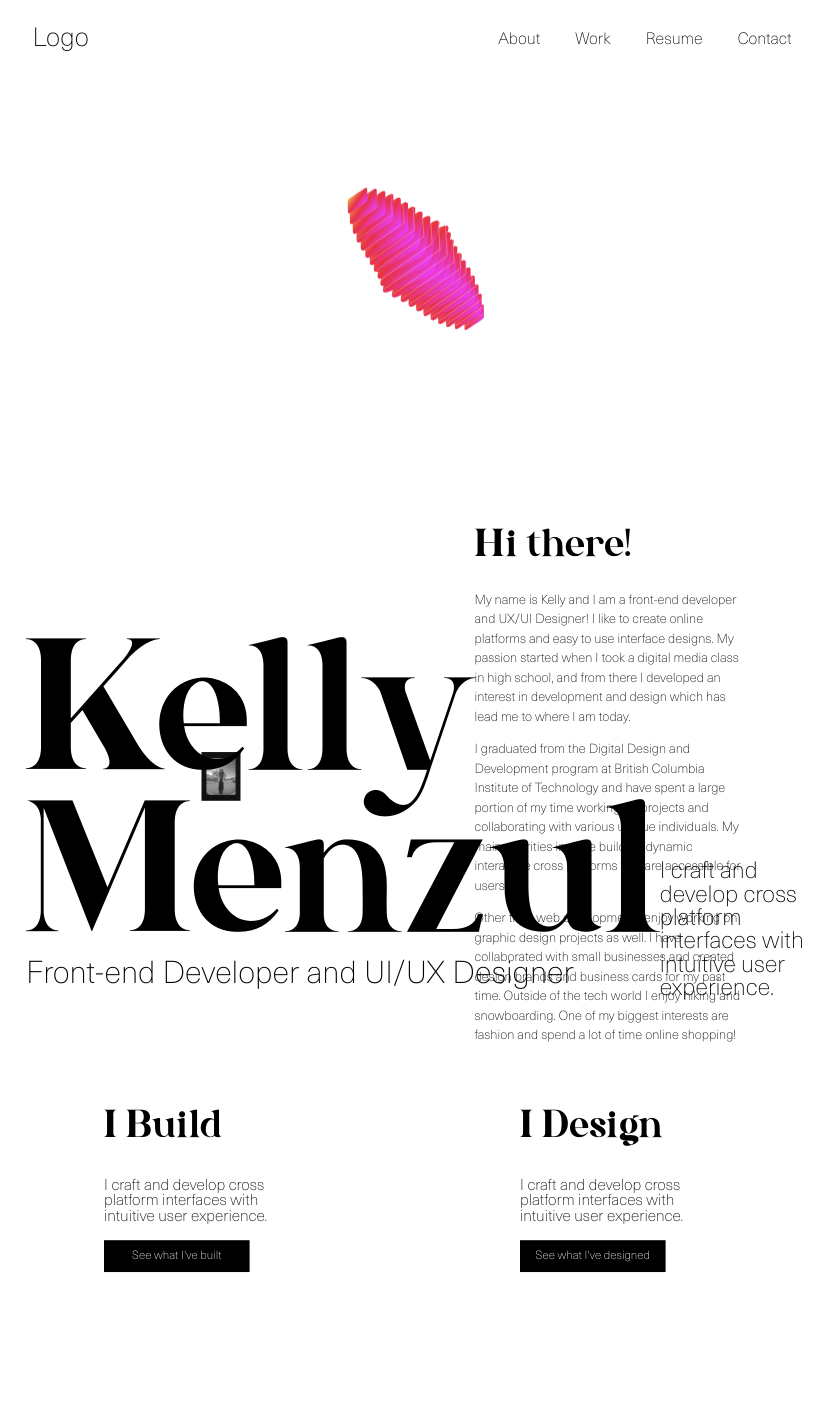
Repository: KellyMenzul/Kelly-Menzul
Page: /
An editor plug-in stored every save of this project. The page is shown before and after a run of saves, followed by the edit.
The browser window is 1280 px wide. The pictures show the whole page, at 65% of full size.
The project was rebuilt for these pictures with package versions that can differ from the ones it lists, and the page was loaded fresh each time. The framework's server and built-in components were replaced by stand-ins that run in the browser. Also part of the build but not shown: next.config.js.

Above is the page before, as saved 2022-01-20 15:05:49.

### pages/_document.js
import Document from 'next/document';
import { ServerStyleSheet } from 'styled-components';

export default class MyDocument extends Document {
 static async getInitialProps(ctx) {
   const sheet = new ServerStyleSheet();
   const originalRenderPage = ctx.renderPage;

   try {
     ctx.renderPage = () =>
       originalRenderPage({
         enhanceApp: (App) => (props) =>
           sheet.collectStyles(<App {...props} />),
       });

     const initialProps = await Document.getInitialProps(ctx);
     return {
       ...initialProps,
       styles: (
         <>
           {initialProps.styles}
           {sheet.getStyleElement()}
         </>
       ),
     };
   } finally {
     sheet.seal();
   }
 }
}

### pages/index.js
import Image from 'next/image'
import styled from 'styled-components'
import MenuBar from '../comps/MenuBar'
import Name from '../comps/Name'
import Position from '../comps/Position'
import Intro from '../comps/Intro'
import Head from '../comps/Head'
import Work from '../comps/Work'
import { useState, useEffect } from "react";
import Load from '../comps/Load'


const Holder = styled.div`
display:flex;
flex-direction:column;
width:100%;
flex-wrap:wrap;
`
const MenuHolder = styled.div`
display:flex;
flex-direction:column;
width:100%;
position:fixed;
`
const LandingHolder = styled.div`
display:flex;
position:relative;
width:100%;
height:100vh;
padding:40px;
flex-wrap:wrap;
`
const LandingHolderLeft = styled.div`
display:flex;
width:100%;
flex:2;
flex-direction:column;
justify-content:flex-end;
`

const LandingHolderRight = styled.div`
display:flex;
flex:1;
align-items:flex-end;
justify-content:flex-end;
`

const NameHolder = styled.div``

const IntroHolder = styled.div`
display:flex;
`
// About

const AboutHolder = styled.div`
display:flex;
flex-direction:row;
width:100%;
height:100vh;
padding:40px;
flex-wrap:wrap;
`

const  AboutHolderLeft = styled.div`
flex:1;
display:flex;
flex-direction:column;
justify-content:center;
align-items:center;
`

const  AboutHolderRight = styled.div`
display:flex;
flex-direction:column;
align-items:center;
justify-content:center;
flex:1;
`
const AboutMeHolder = styled.div`
display:flex;
flex-direction:column;
width:70%;
`

// work

const WorkHolder = styled.div `
display:flex;
flex-direction:row;
width:100%;
height:100vh;
flex-wrap:wrap;
`
const  WorkHolderLeft = styled.div`
display:flex;
align-items:center;
justify-content:center;
flex:1;
`

const  WorkHolderRight = styled.div`
flex:1;
display:flex;
align-items:center;
justify-content:center;
`

const LoadHolder = styled.div`
display:flex;
flex-direction:column;
width:100%;
height:100vh;
justify-content:center;
align-items:center;
`
const TextHolder  =styled.div``

const HeroImage = styled.img`
width:10%;
`

export default function Home() {
  // const [setup1, setSetup1] =  useState(false)

  // if (setup1 === false) {
  //   setTimeout(() => {
  //     setSetup1(true)
  //   },5000)

  //   return <LoadHolder>
  //     <Load/>
  //     <TextHolder>Welcome</TextHolder>
  //   </LoadHolder>
  // }

  return (
    <Holder>
      <MenuHolder>
        <MenuBar />
      </MenuHolder>


      <LandingHolder id='landing'>
        <LoadHolder>
          <Load/>
        </LoadHolder>

        <LandingHolderLeft>
          <NameHolder>
            <Name/>
            <Position topmargin='-160px'/>
          </NameHolder>
        </LandingHolderLeft>

        <LandingHolderRight>
          <IntroHolder>
           <Intro/>
          </IntroHolder>
        </LandingHolderRight>
      </LandingHolder>

      <AboutHolder id='about'>
        <AboutHolderLeft>
          <HeroImage width="70%" src='/me.png'/>
        </AboutHolderLeft>
        <AboutHolderRight>
            <AboutMeHolder>
              <Head text='Hi there!'/>
              <Position fontsize='20px' text='My name is Kelly and I am a front-end developer and UX/UI Designer! I like to create online platforms and easy to use interface designs. My passion started when I took a digital media class in high school, and from there I developed an interest in development and design which has lead me to where I am today.'/>
              <Position fontsize='20px' text='I graduated from the Digital Design and Development program at British Columbia Institute of Technology and have spent a large portion of my time working on projects and collaborating with various unique individuals. My main priorities include building dynamic interactive cross platforms that are accessible for users.'/>
              <Position fontsize='20px' text='Other than web development I enjoy working on graphic design projects as well. I have collaborated with small businesses and created design brands and business cards for my past time. Outside of the tech world I enjoy hiking and snowboarding. One of my biggest interests are fashion and spend a lot of time online shopping!'/>
            </AboutMeHolder>
        </AboutHolderRight>
      </AboutHolder>

      <WorkHolder id='work'>
        <WorkHolderLeft>
          <Work routeTo='/development' buttontext="See what I've built" text='I craft and develop cross platform interfaces with intuitive user experience.' headerhere='I Build'/>
        </WorkHolderLeft>
        <WorkHolderRight>
          <Work routeTo='/design' buttontext="See what I've designed" text='I craft and develop cross platform interfaces with intuitive user experience.' headerhere='I Design'/>
        </WorkHolderRight>
      </WorkHolder>



    </Holder>
  )
}

### styles/globals.css
@font-face {
  font-family: "textbold";
  src: url(../public/fonts/NeueHaasUnica/NeueHaasUnica-Bold.ttf);
  font-display: swap;
}

@font-face {
  font-family: "textlight";
  src: url(../public/fonts/NeueHaasUnica/NeueHaasUnica-ExtraLight.ttf);
  font-display: swap;
}

@font-face {
  font-family: "heading";
  src: url(../public/fonts/GishellaMorely/Gishella\ Morely.ttf);
  font-display: swap;
}

html,
body {
  padding: 0;
  margin: 0;
  font-family: "textlight";
  scroll-behavior: smooth;
}


a {
  color: inherit;
  text-decoration: none;
}

* {
  box-sizing: border-box;
}

### comps/MenuBar/index.js
import styled from "styled-components";
import React from "react";
import Link from "next/link";

const Holder = styled.div `
display:flex;
align-items:center;
justify-content:center;
width:100%;
background: rgb(255,255,255);
background: linear-gradient(180deg, rgba(255,255,255,1) 0%, rgba(148,187,233,0) 100%);
`
const LogoHolder = styled.div `
margin-left:50px;
`

const Left = styled.div`
flex:1;
`

const Right = styled.div`
flex:1;
display:flex;
justify-content:flex-end;
`

const MenuButtonHolder = styled.div`
display:flex;
flex-firection:row;
width:100%;
justify-content:flex-end;
gap:30px;
margin-right:50px;
`

const MenuButton = styled.button`
border-style:none;
background-color:${props=>props.bgcolor};
font-family:"textlight";
font-size:25px;
color:black;
padding:12px;

&:hover {
    text-decoration:underline;
}
`

const Logo = styled.p`
font-size:40px;
`


const MenuBar = ({
    onButtonPress=()=>{},
    bgcolor="transparent",
}) => {

    return <Holder>
        <Left>
            <Link href="#landing">
            <LogoHolder>
                <Logo>Logo</Logo>
            </LogoHolder>
            </Link>
        </Left>
        <Right>
            <MenuButtonHolder>
                <Link href="#about">
                    <MenuButton bgcolor={bgcolor} onClick={()=>{onButtonPress()}}>About</MenuButton>
                </Link>

                <Link href="#work">
                <MenuButton bgcolor={bgcolor}>Work</MenuButton>
                </Link>

                <MenuButton bgcolor={bgcolor}>Resume</MenuButton>

                <Link href="mailto:kmnzul@gmail.com">
                <MenuButton bgcolor={bgcolor}>Contact</MenuButton>
                </Link>

            </MenuButtonHolder>
        </Right>
    </Holder>
}

export default MenuBar;

### comps/Name/index.js
import styled from "styled-components";
import React from "react";
import { style } from "@mui/system";

const TextHolder = styled.div `
dispay:flex;
flex-wrap:wrap;
width:100%;

`

const Text = styled.h1`
font-family:"heading";
font-size:288px;
font-weight:400;
line-height:250px;
`

const Name = ({}) => {
    return <TextHolder>
        <Text>Kelly Menzul</Text>
        </TextHolder>

}

export default Name;

### comps/Position/index.js
import styled from "styled-components";
import React from "react";

const TextHolder = styled.div`
dispay:flex;
flex-wrap:wrap;
width:100%;
`

const Text = styled.p`
font-family:"textlight";
font-size:${props=>props.fontsize};
font-weight:400;
margin-top:${props=>props.topmargin};
line-height:30px;
`
// margin-top:-160px;
const Position = ({
    text = "Front-end Developer and UI/UX Designer",
    fontsize = "48px",
    topmargin = "0px"
}) => {
    return <TextHolder>
    <Text topmargin={topmargin} fontsize={fontsize}>{text}</Text>
    </TextHolder>
}

export default Position;

### comps/Intro/index.js
import styled from "styled-components";
import React from "react";

const TextHolder = styled.div `
dispay:flex;
flex-wrap:wrap;
width:100%;

`

const Text = styled.h1`
font-family:"textlight";
font-weight:400;
font-size:36px;
`

const Intro = ({}) => {
    return <TextHolder>
        <Text>I craft and develop cross platform interfaces with intuitive user experience.</Text>
        </TextHolder>

}

export default Intro;

### comps/Head/index.js
import styled from "styled-components";
import React from "react";

const TextHolder = styled.div `
dispay:flex;
flex-wrap:wrap;
width:100%;

`

const Text = styled.h1`
font-family:"heading";
font-size:${props=>props.headsize};
font-weight:400;
`

const Head = ({
    headsize="60px",
    text="Heading"
}) => {
    return <TextHolder>
        <Text headsize={headsize}>{text}</Text>
        </TextHolder>

}

export default Head;

### comps/Work/index.js
import styled from "styled-components";
import React from "react";
import Head from "../Head";
import Position from "../Position";
import router, {useRouter} from 'next/router';

const Holder = styled.div `
display:flex;
flex-direction:column;
width:50%;
`

const Header = styled.h2 `
font-family:"heading";
font-size:${props=>props.headsize};
font-weight:400;
`

const Text = styled.p `
font-family:"textlight";
font-size:${props=>props.fontsize};
font-weight:400;
margin-top:${props=>props.topmargin};
`

const Button = styled.button `
border-style:none;
font-family:"textlight";
color:white;
background-color:black;
font-size:18px;
padding:15px;
width:70%;
transition:1s;

&: hover {
    background-color:#FF312E;
}


`

// margin-top:-160px;
const Work = ({
    headsize="60px",
    text = "text",
    fontsize = "24px",
    topmargin = "0px",
    headerhere='header',
    buttontext =  "buttontext",
    routeTo = '/.'

}) => {
    return <Holder>
        <Header headsize={headsize}>{headerhere}</Header>
        <Text topmargin={topmargin} fontsize={fontsize}>{text}</Text>
        <Button onClick={()=>router.push(routeTo)}>{buttontext}</Button>

    </Holder>
}

export default Work;

### comps/Load/index.js
import styled from 'styled-components';
import React, {useEffect, useRef, useState} from 'react';
import lottie from 'lottie-web';


const Container = styled.div`
    max-width:50%;
`

// const Buttons = styled.button``
var anim = null;


const Load = ({}) => {
    const container = useRef(null)

    useEffect(() => {
        anim = lottie.loadAnimation({
            container: container.current,
            renderer: 'svg',
            loop: true,
            autoplay:true,
            animationData: require('../../public/load.json')

        })
        lottie.setSpeed(0.3);
        setTimeout(() => {
            anim.pause()
        }, 61000);
    }, [])

    return <Container>
        <div className="container" ref={container}></div>
    </Container>
}

export default Load;

Loaded but not shown: pages/_app.js (common file); public/load.json (1 lines, source omitted)

After the next 3 saves:
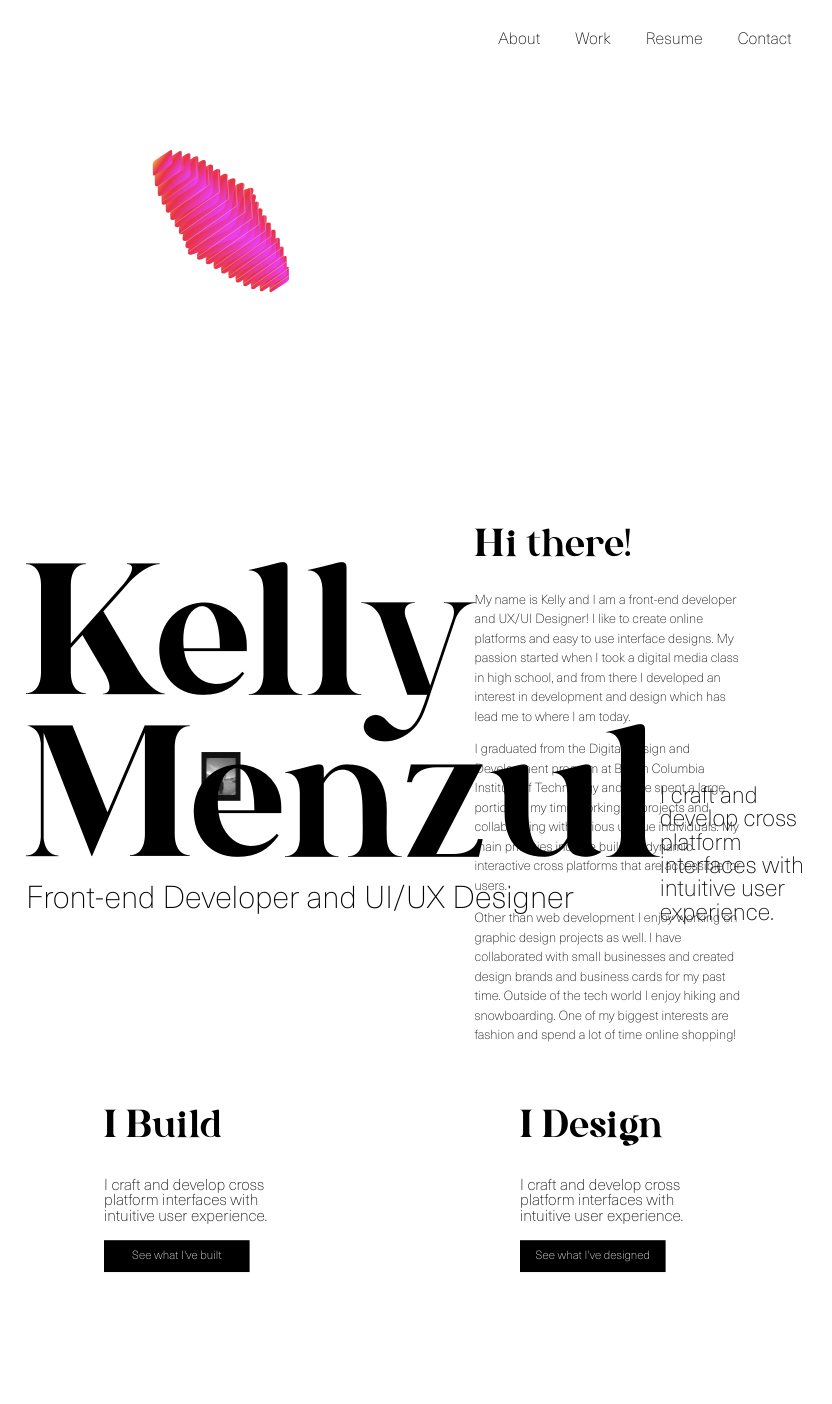
The 3 saves are shown as one change because they came seconds apart.
The last was saved 14 s later.
--- a/pages/index.js
+++ b/pages/index.js
@@ -106,12 +106,7 @@ justify-content:center;
 `
 
 const LoadHolder = styled.div`
-display:flex;
-flex-direction:column;
-width:100%;
-height:100vh;
-justify-content:center;
-align-items:center;
+position
 `
 const TextHolder  =styled.div``
 
